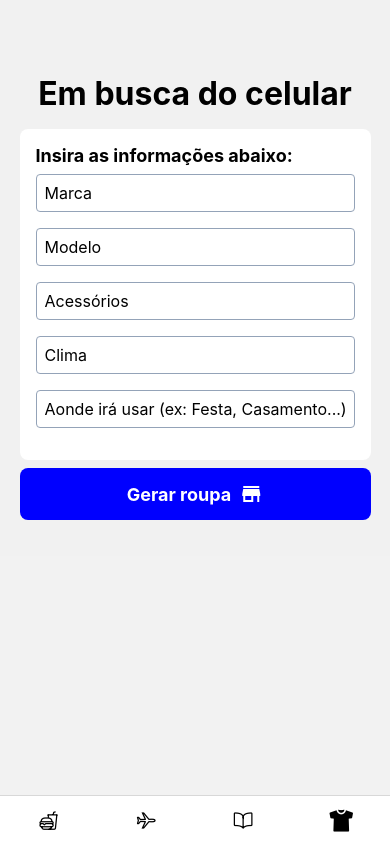
Repository: Matheus904-12/routes
Screen: /Roupas (app in roteamento/)
The author's editor kept a copy of each file at every save. The screen is drawn from the files as they stood at one save, then again after a run of saves.
The app was drawn by React Native's web renderer in a window 390 px wide. The project was rebuilt for these pictures with package versions that can differ from the ones it lists, and the page was loaded fresh each time. Also part of the build but not shown: roteamento/pages/viagem.js, roteamento/pages/filmes.js.

Above is the screen before, as saved 2024-05-01 17:56:14.

### roteamento/App.tsx
import React from 'react';
import { NavigationContainer } from '@react-navigation/native';
import { Routes } from './routes';

export default function App() {
  return (
    <NavigationContainer>
      <Routes />
    </NavigationContainer>
  );
}

### roteamento/routes.js
import { createBottomTabNavigator } from "@react-navigation/bottom-tabs";
import { Viagem } from './pages/viagem';
import { Livros } from './pages/filmes';
import { Roupas } from './pages/roupas';
import { Receita } from './pages/receita';
import { Ionicons } from '@expo/vector-icons/'

const Tab = createBottomTabNavigator();

export function Routes() {
    return (
        <Tab.Navigator>
            <Tab.Screen
                name="Receita"
                component={Receita}
                options={{
                    tabBarShowLabel: false,
                    headerShown: false,
                    tabBarIcon: ({ focused }) => {
                        if (focused) {
                            return (<Ionicons size={25} color={"#000"} name="fast-food" />)
                        }
                        return (<Ionicons size={20} color={"#000"} name="fast-food-outline" />)
                    }
                }}
            />
            <Tab.Screen
                name="Viagem"
                component={Viagem}
                options={{
                    tabBarShowLabel: false,
                    headerShown: false,
                    tabBarIcon: ({ focused }) => {
                        if (focused) {
                            return (<Ionicons size={25} color={"#000"} name="airplane" />)
                        }
                        return (<Ionicons size={20} color={"#000"} name="airplane-outline" />)
                    }
                }}
            />
            <Tab.Screen
                name="Livros"
                component={Livros}
                options={{
                    tabBarShowLabel: false,
                    headerShown: false,
                    tabBarIcon: ({ focused }) => {
                        if (focused) {
                            return (<Ionicons size={25} color={"#000"} name="book" />)
                        }
                        return (<Ionicons size={20} color={"#000"} name="book-outline" />)
                    }
                }}
            />
            <Tab.Screen
                name="Roupas"
                component={Roupas}
                options={{
                    tabBarShowLabel: false,
                    headerShown: false,
                    tabBarIcon: ({ focused }) => {
                        if (focused) {
                            return (<Ionicons size={25} color={"#000"} name="shirt" />)
                        }
                        return (<Ionicons size={20} color={"#000"} name="shirt-outline" />)
                    }
                }}
            />
        </Tab.Navigator>
    )
}

### roteamento/pages/roupas.js
import React, { useState } from 'react';
import { StyleSheet, Text, View, TextInput, TouchableOpacity, Platform, StatusBar, ScrollView, ActivityIndicator, Alert, Keyboard } from 'react-native';
import { MaterialCommunityIcons } from '@expo/vector-icons';

const alturaStatusBar = StatusBar.currentHeight;
const KEY_GPT = 'SUA_CHAVE_DE_API';

export function Roupas() {

  const [load, defLoad] = useState(false);
  const [receita, defReceita] = useState("");

  const [ingr1, defIngr1] = useState("");
  const [ingr2, defIngr2] = useState("");
  const [ingr3, defIngr3] = useState("");
  const [ingr4, defIngr4] = useState("");
  const [ocasiao, defOcasiao] = useState("");

  async function gerarReceita() {
    if (ingr1 === "" || ingr2 === "" || ingr3 === "" || ingr4 === "" || ocasiao === "") {
      Alert.alert("Atenção", "Informe todas as informações!", [{ text: "Beleza!" }])
      return;
    }
    defReceita("");
    defLoad(true);
    Keyboard.dismiss();

    const prompt = `Sugira celulares, dicas personalizadas de sobre o dispositivo pesquisado com base na ${ocasiao} e preferencias de configuração: ${ingr1}, ${ingr2}, ${ingr3} e ${ingr4} e pesquise lojas onlines e avaliações sobre o que celular entrega. Caso encontre vídeos no youtube, informe o link.`;

    fetch("https://api.openai.com/v1/chat/completions", {
      method: "POST",
      headers: {
        "Content-Type": "application/json",
        Authorization: `Bearer ${KEY_GPT}`
      },
      body: JSON.stringify({
        model: "gpt-3.5-turbo",
        messages: [
          {
            role: 'user',
            content: prompt
          }
        ],
        temperature: 0.20,
        max_tokens: 500,
        top_p: 1,
      })
    })
      .then(response => response.json())
      .then((data) => {
        console.log(data.choices[0].message.content);
        defReceita(data.choices[0].message.content)
      })
      .catch((error) => {
        console.log(error);
      })
      .finally(() => {
        defLoad(false);
      })
  }

  return (
    <ScrollView>
         <View style={ESTILOS.container}>
      <StatusBar barStyle="dark-content" translucent={true} backgroundColor="#F1F1F1" />
      <Text style={ESTILOS.header}>Em busca do celular</Text>
      <View style={ESTILOS.form}>
        <Text style={ESTILOS.label}>Insira as informações abaixo:</Text>
        <TextInput
          placeholder="Marca"
          style={ESTILOS.input}
          value={ingr1}
          onChangeText={(texto) => defIngr1(texto)}
        />
        <TextInput
          placeholder="Modelo"
          style={ESTILOS.input}
          value={ingr2}
          onChangeText={(texto) => defIngr2(texto)}
        />
        <TextInput
          placeholder="Acessórios"
          style={ESTILOS.input}
          value={ingr3}
          onChangeText={(texto) => defIngr3(texto)}
        />
        <TextInput
          placeholder="Clima"
          style={ESTILOS.input}
          value={ingr4}
          onChangeText={(texto) => defIngr4(texto)}
        />
        <TextInput
          placeholder="Aonde irá usar (ex: Festa, Casamento...)"
          style={ESTILOS.input}
          value={ocasiao}
          onChangeText={(texto) => defOcasiao(texto)}
        />
      </View>

      <TouchableOpacity style={ESTILOS.button} onPress={gerarReceita}>
        <Text style={ESTILOS.buttonText}>Gerar roupa</Text>
        <MaterialCommunityIcons name="store" size={24} color="#FFF" />
      </TouchableOpacity>

      <ScrollView contentContainerStyle={{ paddingBottom: 24, marginTop: 4, }} style={ESTILOS.containerScroll} showsVerticalScrollIndicator={false} >
        {load && (
          <View style={ESTILOS.content}>
            <Text style={ESTILOS.title}>Procurando roupas...</Text>
            <ActivityIndicator color="#000" size="large" />
          </View>
        )}

        {receita && (
          <View style={ESTILOS.content}>
            <Text style={ESTILOS.title}>A roupa ideal aqui 👇</Text>
            <Text style={{ lineHeight: 24 }}>{receita} </Text>
          </View>
        )}
      </ScrollView>
    </View>
    </ScrollView>
  );
}

const ESTILOS = StyleSheet.create({
  container: {
    flex: 1,
    backgroundColor: '#f1f1f1',
    alignItems: 'center',
    paddingTop: 20,
  },
  header: {
    fontSize: 32,
    fontWeight: 'bold',
    paddingTop: Platform.OS === 'android' ? alturaStatusBar : 54
  },
  form: {
    backgroundColor: '#FFF',
    width: '90%',
    borderRadius: 8,
    padding: 16,
    marginTop: 16,
    marginBottom: 8,
  },
  label: {
    fontWeight: 'bold',
    fontSize: 18,
    marginBottom: 8,
  },
  input: {
    borderWidth: 1,
    borderRadius: 4,
    borderColor: '#94a3b8',
    padding: 8,
    fontSize: 16,
    marginBottom: 16,
  },
  button: {
    backgroundColor: 'blue',
    width: '90%',
    borderRadius: 8,
    flexDirection: 'row',
    padding: 14,
    justifyContent: 'center',
    alignItems: 'center',
    gap: 8,
  },
  buttonText: {
    fontSize: 18,
    color: '#FFF',
    fontWeight: 'bold'
  },
  content: {
    backgroundColor: '#FFF',
    padding: 16,
    width: '100%',
    marginTop: 16,
    borderRadius: 8,
  },
  title: {
    fontSize: 18,
    fontWeight: 'bold',
    textAlign: 'center',
    marginBottom: 14
  },
  containerScroll: {
    width: '90%',
    marginTop: 8,
  }
});

### roteamento/pages/receita.js
import React, { useState } from 'react';
import { StyleSheet, Text, View, TextInput, TouchableOpacity, Platform, StatusBar, ScrollView, ActivityIndicator, Alert, Keyboard } from 'react-native';
import { MaterialCommunityIcons } from '@expo/vector-icons';

const alturaStatusBar = StatusBar.currentHeight;
const KEY_GPT = 'SUA_CHAVE_DE_API';

export function Receita() {

    const [load, defLoad] = useState(false);
    const [receita, defReceita] = useState("");

    const [ingr1, defIngr1] = useState("");
    const [ingr2, defIngr2] = useState("");
    const [ingr3, defIngr3] = useState("");
    const [ingr4, defIngr4] = useState("");
    const [ocasiao, defOcasiao] = useState("");

    async function gerarReceita() {
        if (ingr1 === "" || ingr2 === "" || ingr3 === "" || ingr4 === "" || ocasiao === "") {
            Alert.alert("Atenção", "Informe todos os ingredientes!", [{ text: "Beleza!" }])
            return;
        }
        defReceita("");
        defLoad(true);
        Keyboard.dismiss();

        const prompt = `Sugira uma receita detalhada para o ${ocasiao} usando os ingredientes: ${ingr1}, ${ingr2}, ${ingr3} e ${ingr4} e pesquise a receita no YouTube. Caso encontre, informe o link.`;

        fetch("https://api.openai.com/v1/chat/completions", {
            method: "POST",
            headers: {
                "Content-Type": "application/json",
                Authorization: `Bearer ${KEY_GPT}`
            },
            body: JSON.stringify({
                model: "gpt-3.5-turbo",
                messages: [
                    {
                        role: 'user',
                        content: prompt
                    }
                ],
                temperature: 0.20,
                max_tokens: 500,
                top_p: 1,
            })
        })
            .then(response => response.json())
            .then((data) => {
                console.log(data.choices[0].message.content);
                defReceita(data.choices[0].message.content)
            })
            .catch((error) => {
                console.log(error);
            })
            .finally(() => {
                defLoad(false);
            })
    }

    return (
        <ScrollView>
            <View style={ESTILOS.container}>
                <StatusBar barStyle="dark-content" translucent={true} backgroundColor="#F1F1F1" />
                <Text style={ESTILOS.header}>Receitas Fáceis</Text>
                <View style={ESTILOS.form}>
                    <Text style={ESTILOS.label}>Insira os ingredientes abaixo:</Text>
                    <TextInput
                        placeholder="Ingrediente 1"
                        style={ESTILOS.input}
                        value={ingr1}
                        onChangeText={(texto) => defIngr1(texto)}
                    />
                    <TextInput
                        placeholder="Ingrediente 2"
                        style={ESTILOS.input}
                        value={ingr2}
                        onChangeText={(texto) => defIngr2(texto)}
                    />
                    <TextInput
                        placeholder="Ingrediente 3"
                        style={ESTILOS.input}
                        value={ingr3}
                        onChangeText={(texto) => defIngr3(texto)}
                    />
                    <TextInput
                        placeholder="Ingrediente 4"
                        style={ESTILOS.input}
                        value={ingr4}
                        onChangeText={(texto) => defIngr4(texto)}
                    />
                    <TextInput
                        placeholder="Almoço ou Jantar"
                        style={ESTILOS.input}
                        value={ocasiao}
                        onChangeText={(texto) => defOcasiao(texto)}
                    />
                </View>

                <TouchableOpacity style={ESTILOS.button} onPress={gerarReceita}>
                    <Text style={ESTILOS.buttonText}>Gerar receita</Text>
                    <MaterialCommunityIcons name="food-variant" size={24} color="#FFF" />
                </TouchableOpacity>

                <ScrollView contentContainerStyle={{ paddingBottom: 24, marginTop: 4, }} style={ESTILOS.containerScroll} showsVerticalScrollIndicator={false} >
                    {load && (
                        <View style={ESTILOS.content}>
                            <Text style={ESTILOS.title}>Produzindo receita...</Text>
                            <ActivityIndicator color="#000" size="large" />
                        </View>
                    )}

                    {receita && (
                        <View style={ESTILOS.content}>
                            <Text style={ESTILOS.title}>Sua receita 👇</Text>
                            <Text style={{ lineHeight: 24 }}>{receita} </Text>
                        </View>
                    )}
                </ScrollView>
            </View>
        </ScrollView>
    );
}

const ESTILOS = StyleSheet.create({
    container: {
        flex: 1,
        alignItems: 'center',
        paddingTop: 20,
    },
    header: {
        fontSize: 32,
        fontWeight: 'bold',
        paddingTop: Platform.OS === 'android' ? alturaStatusBar : 54
    },
    form: {
        backgroundColor: '#FFF',
        width: '90%',
        borderRadius: 8,
        padding: 16,
        marginTop: 16,
        marginBottom: 8,
    },
    label: {
        fontWeight: 'bold',
        fontSize: 18,
        marginBottom: 8,
    },
    input: {
        borderWidth: 1,
        borderRadius: 4,
        borderColor: '#94a3b8',
        padding: 8,
        fontSize: 16,
        marginBottom: 16,
    },
    button: {
        backgroundColor: 'blue',
        width: '90%',
        borderRadius: 8,
        flexDirection: 'row',
        padding: 14,
        justifyContent: 'center',
        alignItems: 'center',
        gap: 8,
    },
    buttonText: {
        fontSize: 18,
        color: '#FFF',
        fontWeight: 'bold'
    },
    content: {
        backgroundColor: '#FFF',
        padding: 16,
        width: '100%',
        marginTop: 16,
        borderRadius: 8,
    },
    title: {
        fontSize: 18,
        fontWeight: 'bold',
        textAlign: 'center',
        marginBottom: 14
    },
    containerScroll: {
        width: '90%',
        marginTop: 8,
    }
});

After the next 2 saves:
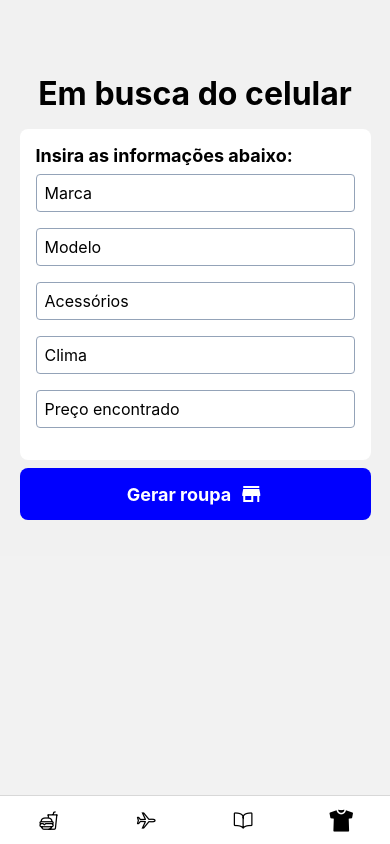
The 2 saves are shown as one change because they came seconds apart.
The last was saved 60 s later.
--- a/roteamento/pages/roupas.js
+++ b/roteamento/pages/roupas.js
@@ -91,7 +91,7 @@ export function Roupas() {
           onChangeText={(texto) => defIngr4(texto)}
         />
         <TextInput
-          placeholder="Aonde irá usar (ex: Festa, Casamento...)"
+          placeholder="Preço encontrado"
           style={ESTILOS.input}
           value={ocasiao}
           onChangeText={(texto) => defOcasiao(texto)}
